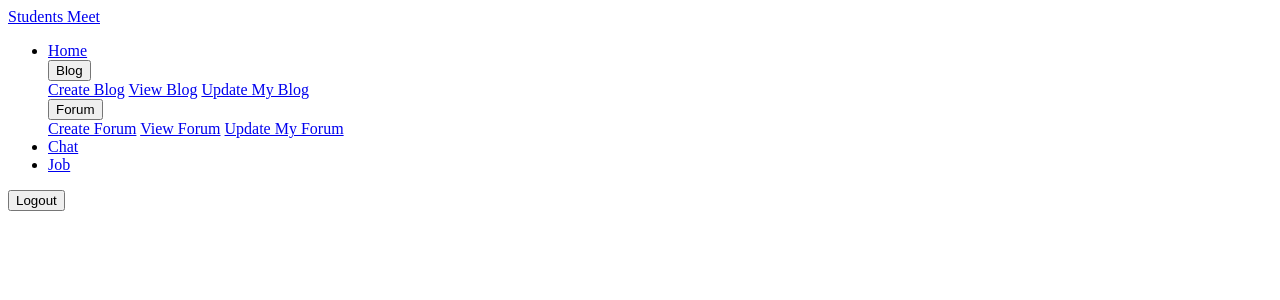
Repository: JamesArul/CLBSiteSTMT
Page: StudentsMeetFrontEnd/WebContent/Headers/UserHeader.html
The author's editor kept a copy of each file at every save. The page is drawn from the files as they stood at one save, then again after the next save.
The browser window is 1280 px wide. The pictures show the whole page.

Above is the page before, as saved 2017-05-31 17:31:09.

### StudentsMeetFrontEnd/WebContent/Headers/UserHeader.html
<div ng-controller="UserController as ctrl">
<nav class="navbar navbar-default">
<div class="container-fluid">
  <div class="navbar-header">
     <a class="navbar-brand" href="#">Students Meet</a>
  </div>
  <ul class="nav navbar-nav">
      <li class="active"><a href="#!/goUserHome">Home</a></li>
      <div class="dropdown">
      <button class="dropbtn">Blog</button>
    	<div class="dropdown-content">
      	 <a href="#">Create Blog</a>
      	 <a href="#">View Blog</a>
     	 <a href="#">Update My Blog</a>
    	</div>
      </div>
      <div class="dropdown">
      <button class="dropbtn">Forum</button>
    	<div class="dropdown-content">
      	 <a href="#">Create Forum</a>
      	 <a href="#">View Forum</a>
     	 <a href="#">Update My Forum</a>
    	</div>
      </div>
      <li><a href="#!/goLogin">Chat</a></li>
      <li><a href="#!/goLogin">Job</a></li>
   </ul>
    <button class="btn btn-danger navbar-btn" ng-click="ctrl.logout()">Logout</button>
</div>
</nav>
</div>

After the next save:
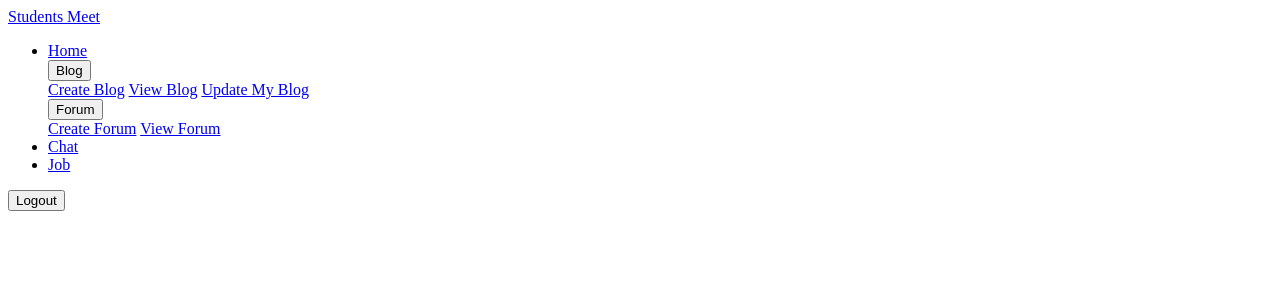
Saved 8 s later.
--- a/StudentsMeetFrontEnd/WebContent/Headers/UserHeader.html
+++ b/StudentsMeetFrontEnd/WebContent/Headers/UserHeader.html
@@ -19,7 +19,6 @@
     	<div class="dropdown-content">
       	 <a href="#">Create Forum</a>
       	 <a href="#">View Forum</a>
-     	 <a href="#">Update My Forum</a>
     	</div>
       </div>
       <li><a href="#!/goLogin">Chat</a></li>
